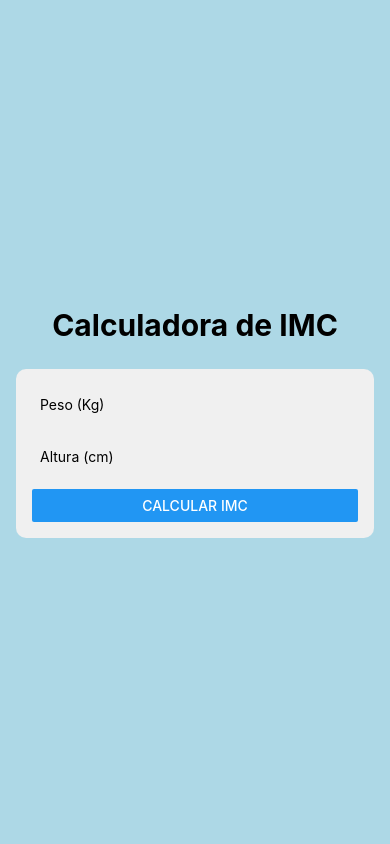
Repository: GustaPit/CalculadoraIMCpam
Screen: /
An editor plug-in stored every save of this project. The screen is shown before and after the next save, followed by the edit.
The app was drawn by React Native's web renderer in a window 390 px wide. The project was rebuilt for these pictures with package versions that can differ from the ones it lists, and the page was loaded fresh each time. Some packages were replaced by stand-ins written for this rebuild. Also part of the build but not shown: src/components/Result.js.

Above is the screen before, as saved 2025-04-04 12:00:45.

### App.js
import { StyleSheet, Text, View } from 'react-native';
import Title from './src/components/Title';
import FormIMC from './src/components/FormIMC';

export default function App() {
  return (
    <View style={styles.container}>
     <Title/>
     <FormIMC/>
    </View>
  );
}

const styles = StyleSheet.create({
  container: {
    flex: 1,
    backgroundColor: '#ADD8E6',
    padding: 16,
    justifyContent: 'center',
  },
});

### src/components/Title.js
import { Text, StyleSheet } from 'react-native';

const Title = () => {
    return (
    <Text style={styles.title}>Calculadora de IMC</Text>
    );
};

const styles = StyleSheet.create({
  title: {
    fontSize:30,
    fontWeight: 'bold',
    textAlign: 'center',
    marginBottom: 26,
  },
});

export default Title;

### src/components/FormIMC.js
import { View, TextInput, Button, StyleSheet } from 'react-native';
import Result from './Result';
import { useState } from 'react';

const FormIMC = () => {
    const [peso, setPeso] = useState('');
    const [altura, setAltura] = useState('');
    const [imc, setImc] = useState(null);

    const CalcularIMC = () => {
        if (peso && altura) {
            const alturaMetros = parseFloat(altura) / 100;
            const imcCalculado = (parseFloat(peso) / (alturaMetros * alturaMetros)).toFixed(2);
            setImc(imcCalculado);
        }
    };

    return (
        <View style={styles.formContainer}>
            <TextInput
                style={styles.input}
                placeholder="Peso (Kg)"
                keyboardType="numeric"
                value={peso}
                onChangeText={setPeso}
            />
            <TextInput
                style={styles.input}
                placeholder="Altura (cm)"
                keyboardType="numeric"
                value={altura}
                onChangeText={setAltura}
            />
            <Button title="Calcular IMC" onPress={CalcularIMC} />
            {imc && <Result imc={imc} />}
        </View>
    );
};

const styles = StyleSheet.create({
    formContainer: {
        backgroundColor: '#f0f0f0',
        padding: 16,
        borderRadius: 10,
    },
    input: {
        height: 40,
        borderColor: 'gray',
        borderWidht: 1,
        marginBottom: 12,
        paddingHorizontal: 8,
        borderRadius: 5,
    },
});

export default FormIMC;

Loaded but not shown: index.js (common file)

After the next save:
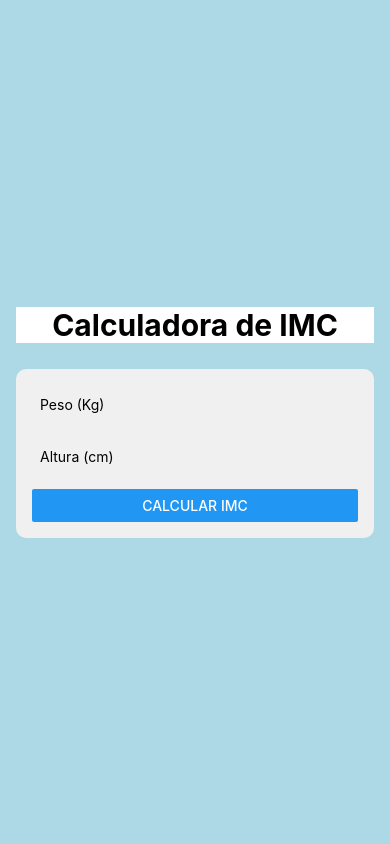
Saved 3 min 33 s later.
--- a/src/components/Title.js
+++ b/src/components/Title.js
@@ -12,6 +12,7 @@
     fontWeight: 'bold',
     textAlign: 'center',
     marginBottom: 26,
+    backgroundColor: '#fff',
   },
 });
 

After the save that followed:
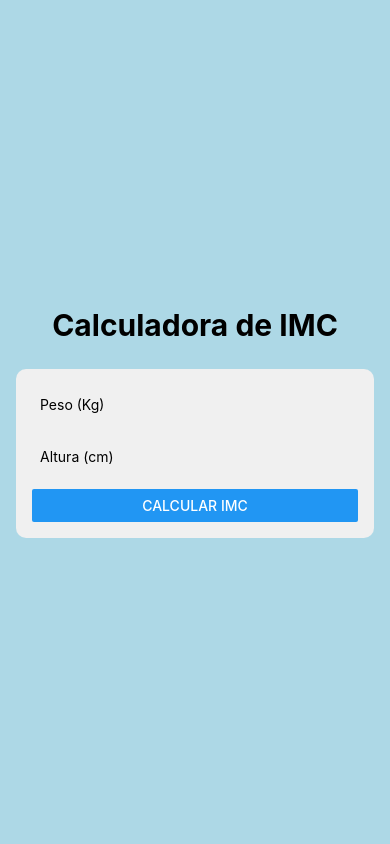
Saved 12 s later.
--- a/src/components/Title.js
+++ b/src/components/Title.js
@@ -12,7 +12,6 @@
     fontWeight: 'bold',
     textAlign: 'center',
     marginBottom: 26,
-    backgroundColor: '#fff',
   },
 });
 
